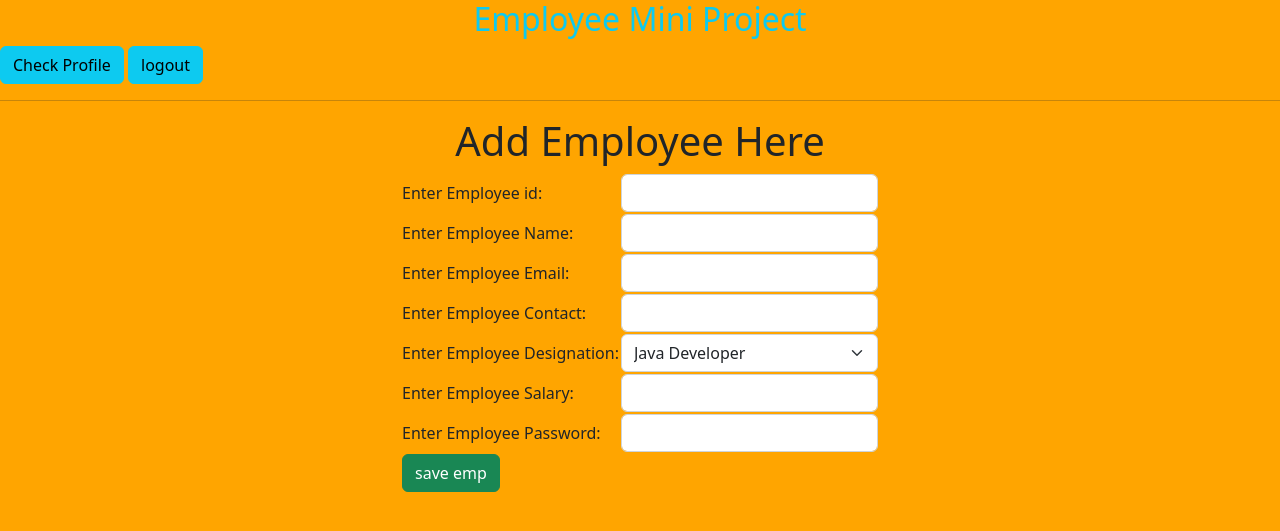
Repository: mca45034/MiniProjectp3
Page: http://localhost/miniproject/addEmployee.jsp
An editor plug-in stored every save of this project. The page is shown before and after the next save, followed by the edit.
The browser window is 1280 px wide. The pictures show the whole page.
The page is served by Tomcat 9. Other server files are loaded and not shown.

Above is the page before, as saved 2024-03-03 15:12:18.

### project/miniproject/src/main/webapp/addEmployee.jsp
<%@ page language="java" contentType="text/html; charset=ISO-8859-1"
    pageEncoding="ISO-8859-1"%>
<!DOCTYPE html>
<html>
<head>
<meta charset="ISO-8859-1">
<title>Add Employee</title>

</head>
<body>
<%-- <jsp:include page="/jsp/header.jsp"></jsp:include> --%>
<%@ include file="header.jsp" %>

<form action="employeec" method="post">
<center>
<h1>Add Employee Here</h1>
<%
String msg=(String)request.getAttribute("msg");
if(msg!=null){

%>
<h5 style="color:green"><%=msg %></h5>
<%} %>
<input type="hidden" name="action" value="addemp">
	<table>
	<tr>
			<td>Enter Employee id:</td>
			<td><input type="text" name="empid" class="form-control"></td>
		</tr>
		<tr>
			<td>Enter Employee Name:</td>
			<td><input type="text" name="empname" class="form-control"></td>
		</tr>
		<tr>
			<td>Enter Employee Email:</td>
			<td><input type="text" name="empemail" class="form-control"></td>
		</tr>
		<tr>
			<td>Enter Employee Contact:</td>
			<td><input type="text" name="empcontact" class="form-control"></td>
		</tr>
		<tr>
			<td>Enter Employee Designation:</td>
			<td>
				<select name="empdesignation"  class="form-select" >
					<option>Java Developer</option>
					<option>Python Developer</option>
					<option>Manual Tester</option>
					<option>Automation Tester</option>
					<option>Data Analytics</option>
				</select>
			</td>
		</tr>
		<tr>
			<td>Enter Employee Salary:</td>
			<td><input type="text" name="empsal" class="form-control"></td>
		</tr>
		<tr>
			<td>Enter Employee Password:</td>
			<td><input type="password" name="emppass" class="form-control"></td>
		</tr>
		<tr>
			<td><button class="btn btn-success">save emp</button></td>
		</tr>
	</table>
</form>

</center>
</body>
</html>

### project/miniproject/src/main/webapp/header.jsp
<%@ page language="java" contentType="text/html; charset=ISO-8859-1"
	pageEncoding="ISO-8859-1"%>
<!DOCTYPE html>
<html>
<head>
<meta charset="ISO-8859-1">
<title>Insert title here</title>
<link rel="stylesheet"
	href="https://cdn.jsdelivr.net/npm/bootstrap@5.2.3/dist/css/bootstrap.min.css">
<style type="text/css">
.header{
      background-color: orange;
    }
</style>
</head>
<body class="header">
	<center>
<h2 class="text-info">Employee Mini Project</h2>
</center>
	<%
		String user = (String) session.getAttribute("usertype");

		if (user != null) {
	%>
	<h3>
		Hii,
		<%=user%></h3>
	<%
		}
	%>

	<%
		if (user != null && user.equalsIgnoreCase("admin")) {
	%>
	<a href="addEmployee.jsp" class="btn btn-info">Add Employee</a>
	<a href="employeec" class="btn btn-info">show Employee list</a>

	<%
		}

		else if (user != null || user != "admin") {
	%>
	<a href="employeec?action=editbyemail&email=<%=user%>"
		class="btn btn-info">Check Profile</a>
	<%
		}
	%>
	<a href="loginc" class="btn btn-info">logout</a>
	<h1><hr></h1>
</body>
</html>

After the next save:
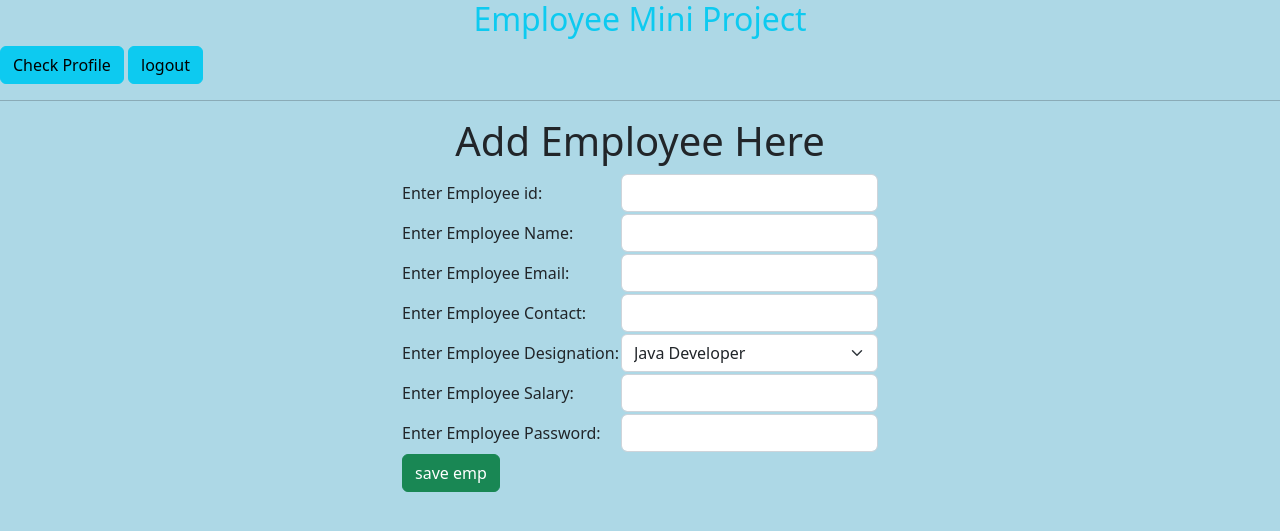
Saved 58 s later.
--- a/project/miniproject/src/main/webapp/header.jsp
+++ b/project/miniproject/src/main/webapp/header.jsp
@@ -8,12 +8,12 @@
 <link rel="stylesheet"
 	href="https://cdn.jsdelivr.net/npm/bootstrap@5.2.3/dist/css/bootstrap.min.css">
 <style type="text/css">
-.header{
-      background-color: orange;
+body{
+      background-color: lightblue;
     }
 </style>
 </head>
-<body class="header">
+<body>
 	<center>
 <h2 class="text-info">Employee Mini Project</h2>
 </center>

After the save that followed:
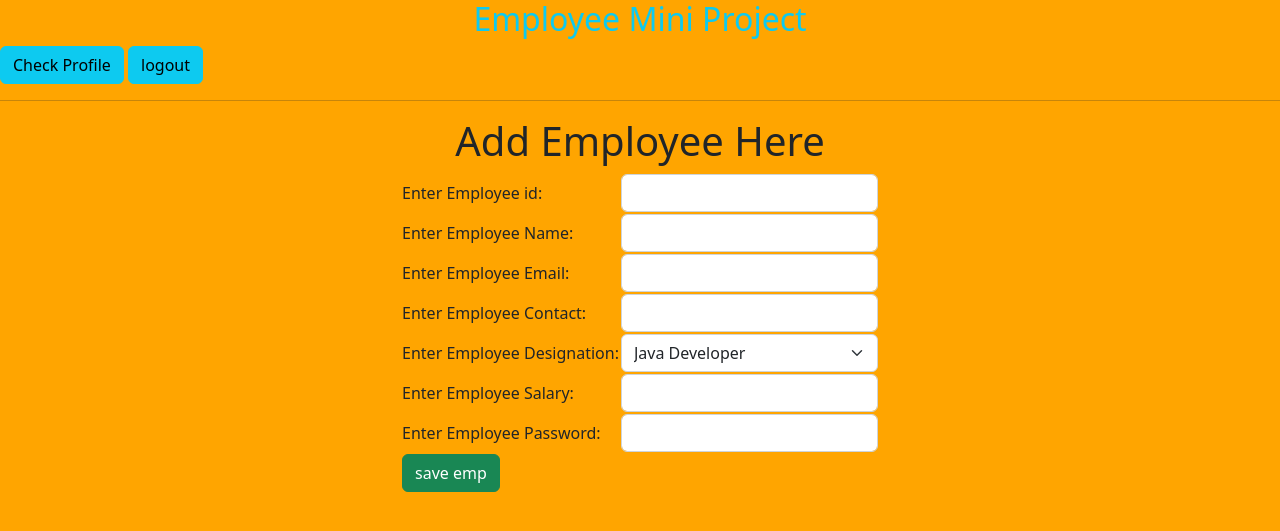
Saved 62 s later.
--- a/project/miniproject/src/main/webapp/header.jsp
+++ b/project/miniproject/src/main/webapp/header.jsp
@@ -9,7 +9,7 @@
 	href="https://cdn.jsdelivr.net/npm/bootstrap@5.2.3/dist/css/bootstrap.min.css">
 <style type="text/css">
 body{
-      background-color: lightblue;
+      background-color: orange;
     }
 </style>
 </head>
